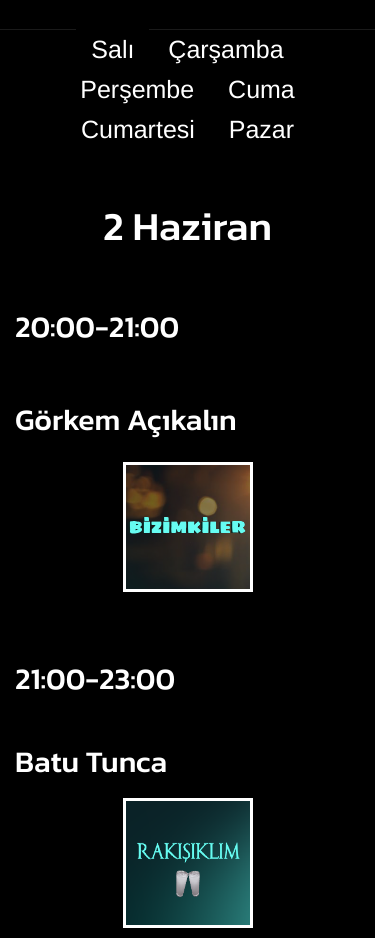
Repository: kaanistemi/program
Page: index.html
The author's editor kept a record of every edit. The page is drawn from the files as they stood at one moment, then again after the next edit.
The browser window is 375 px wide. The pictures show the whole page.

Above is the page before.

### index.html
<!DOCTYPE html>
<html lang="en">

<head>
    <title>Bootstrap Example</title>
    <meta charset="utf-8">
    <meta name="viewport" content="width=device-width, initial-scale=1">
    <link href="https://fonts.googleapis.com/css2?family=Kanit:wght@500&display=swap" rel="stylesheet">
    <link rel="stylesheet" href="https://maxcdn.bootstrapcdn.com/bootstrap/3.4.1/css/bootstrap.min.css">
    <script src="https://ajax.googleapis.com/ajax/libs/jquery/3.5.1/jquery.min.js"></script>
    <script src="https://maxcdn.bootstrapcdn.com/bootstrap/3.4.1/js/bootstrap.min.js"></script>
    <link rel="stylesheet" type="text/css" href="assets/css/style.css">
</head>


<body>


    <div class="container">

        <ul class="nav navbar-nav navbar-collapse navbar-light-2">
            <li class="active"><a data-toggle="pill" href="#home" class="gunler">Salı</a></li>
            <li><a data-toggle="pill" href="#menu2" class="gunler">Çarşamba</a></li>
            <li><a data-toggle="pill" href="#menu3" class="gunler">Perşembe</a></li>
            <li><a data-toggle="pill" href="#menu4" class="gunler">Cuma</a></li>
            <li><a data-toggle="pill" href="#menu5" class="gunler">Cumartesi</a></li>
            <li><a data-toggle="pill" href="#menu6" class="gunler">Pazar</a></li>
        </ul>
    </div>

    <div class="tab-content">
        <div id="home" class="tab-pane fade in active mt-5">
            <div class="container">
                <div class="row">
                    <h2 class="event-baslik">
                        <center>2 Haziran</h2>
                    </center>

                    <div class="col-md-5">
                        <p>20:00-21:00</p>
                    </div>
                    <div class="col-md-5">
                        <p>Görkem Açıkalın</p>
                    </div>
                    <div class="col-md-2">
                        <center><img src=assets/images/100x100gorkembzmklr.png alt="Istanbul1" class="rounded-circle" height=130 width=130></center>
                    </div>

                </div>
            </div>
            <div class="container">
                <div class="row">
                    <h3>

                        </center>
                        <div class="col-md-5">
                            <p>21:00-23:00</p>
                        </div>
                        <div class="col-md-5">
                            <p>Batu Tunca</p>
                        </div>
                        <div class="col-md-2">
                            <center><img src=assets/images/Rakisiklim_100x100.png alt="Istanbul1" class="rounded-circle" height=130 width=130></center>
                        </div>
                </div>
            </div>
        </div>
        <div id="menu2" class="tab-pane fade">
            <div class="container">
                <div class="row">
                    <h2 class="event-baslik">
                        <center>3 Haziran</h2>
                    </center>

                    <div class="col-md-5">
                        <p>20:00-21:00</p>
                    </div>
                    <div class="col-md-5">
                        <p>Görkem Açıkalın</p>
                    </div>
                    <div class="col-md-2">
                        <center><img src=assets/images/FunkySoul_100x100.png alt="Istanbul1" class="rounded-circle" height=130 width=130></center>
                    </div>

                </div>
            </div>
            <div class="container">
                <div class="row">
                    <h3>

                        </center>
                        <div class="col-md-5">
                            <p>21:00-22:00</p>
                        </div>
                        <div class="col-md-5">
                            <p>Arda Önkol</p>
                        </div>
                        <div class="col-md-2">
                            <center><img src=assets/images/Southern_Pipeline_100x100.png alt="Istanbul1" class="rounded-circle" height=130 width=130></center>
                        </div>
                </div>
            </div>

            <div class="container">
                <div class="row">
                    <h3>

                        </center>
                        <div class="col-md-5">
                            <p>22:00-23:00</p>
                        </div>
                        <div class="col-md-5">
                            <p>Kıvanç Hasançebi</p>
                        </div>
                        <div class="col-md-2">
                            <center><img src=assets/images/T_Rap_100X100.png alt="Istanbul1" class="rounded-circle" height=130 width=130></center>
                        </div>
                </div>
            </div>


        </div>
        <div id="menu3" class="tab-pane fade">
            <div class="container">
                <div class="row">
                    <h2 class="event-baslik">
                        <center>4 Haziran</h2>
                    </center>

                    <div class="col-md-5">
                        <p>20:00-21:00</p>
                    </div>
                    <div class="col-md-5">
                        <p>Ece Misirli</p>
                    </div>
                    <div class="col-md-2">
                        <center><img src=assets/images/FunkySoul_100x100.png alt="Istanbul1" class="rounded-circle" height=130 width=130></center>
                    </div>

                </div>
            </div>
            <div class="container">
                <div class="row">
                    <h3>

                        </center>
                        <div class="col-md-5">
                            <p>21:00-22:00</p>
                        </div>
                        <div class="col-md-5">
                            <p>Kıvanç Hasançebi</p>
                        </div>
                        <div class="col-md-2">
                            <center><img src=assets/images/chilli_boom_Program_100x100.png alt="Istanbul1" class="rounded-circle" height=130 width=130></center>
                        </div>
                </div>
            </div>

            <div class="container">
                <div class="row">
                    <h3>

                        </center>
                        <div class="col-md-5">
                            <p>22:00-23:00</p>
                        </div>
                        <div class="col-md-5">
                            <p>Mertcan Özer</p>
                        </div>
                        <div class="col-md-2">
                            <center><img src=assets/images/Serial_Chiller_100x100.png alt="Istanbul1" class="rounded-circle" height=130 width=130></center>
                        </div>
                </div>
            </div>

        </div>

        <div id="menu4" class="tab-pane fade">
            <div class="container">
                <div class="row">
                    <h2 class="event-baslik">
                        <center>5 Haziran</h2>
                    </center>

                    <div class="col-md-5">
                        <p>21:00-22:00</p>
                    </div>
                    <div class="col-md-5">
                        <p>Arınç Demirtaş</p>
                    </div>
                    <div class="col-md-2">
                        <center><img src=assets/images/mcrowave100.png alt="Istanbul1" class="rounded-circle" height=130 width=130></center>
                    </div>

                </div>
            </div>
            <div class="container">
                <div class="row">
                    <h3>

                        </center>
                        <div class="col-md-5">
                            <p>22:00-23:00</p>
                        </div>
                        <div class="col-md-5">
                            <p>Gökhan Altunkaya</p>
                        </div>
                        <div class="col-md-2">
                            <center><img src=assets/images/different100.png alt="Istanbul1" class="rounded-circle" height=130 width=130></center>
                        </div>
                </div>
            </div>

            <div class="container">
                <div class="row">
                    <h3>

                        </center>
                        <div class="col-md-5">
                            <p>23:00-00:00</p>
                        </div>
                        <div class="col-md-5">
                            <p>Guest</p>
                        </div>
                        <div class="col-md-2">
                            <center><img src=assets/images/guest_mix_100x100.png alt="Istanbul1" class="rounded-circle" height=130 width=130></center>
                        </div>
                </div>
            </div>
            <div class="container">
                <div class="row">
                  <h3>
                        <div class="col-md-5">
                            <p>00:00-02:00</p>
                        </div>
                        <div class="col-md-5">
                            <p>SİMGE</p>
                        </div>
                        <div class="col-md-2">
                            <center><img src=assets/images/Dark_Basement_100x100.png alt="Istanbul1" class="rounded-circle" height=130 width=130></center>
                        </div>
                </div>
            </div>
        </div>

        <div id="menu5" class="tab-pane fade">
            <div class="container">
                <div class="row">
                    <h2 class="event-baslik">
                        <center>6 Haziran</h2>
                    </center>

                    <div class="col-md-5">
                        <p>21:00-22:00</p>
                    </div>
                    <div class="col-md-5">
                        <p>Arınç Demirtaş</p>
                    </div>
                    <div class="col-md-2">
                        <center><img src=assets/images/mcrowave100.png alt="Istanbul1" class="rounded-circle" height=130 width=130></center>
                    </div>

                </div>
            </div>
            <div class="container">
                <div class="row">
                    <h3>

                        </center>
                        <div class="col-md-5">
                            <p>22:00-23:00</p>
                        </div>
                        <div class="col-md-5">
                            <p>Gökhan Altunkaya</p>
                        </div>
                        <div class="col-md-2">
                            <center><img src=assets/images/different100.png alt="Istanbul1" class="rounded-circle" height=130 width=130></center>
                        </div>
                </div>
            </div>

            <div class="container">
                <div class="row">
                    <h3>

                        </center>
                        <div class="col-md-5">
                            <p>23:00-00:00</p>
                        </div>
                        <div class="col-md-5">
                            <p>Guest</p>
                        </div>
                        <div class="col-md-2">
                            <center><img src=assets/images/guest_mix_100x100.png alt="Istanbul1" class="rounded-circle" height=130 width=130></center>
                        </div>
                </div>
            </div>

            <div class="container">
                <div class="row">
                    <h3>

                        </center>
                        <div class="col-md-5">
                            <p>00:00-02:00</p>
                        </div>
                        <div class="col-md-5">
                            <p>Korcan Atila</p>
                        </div>
                        <div class="col-md-2">
                            <center><img src=assets/images/Dark_Basement_100x100.png alt="Istanbul1" class="rounded-circle" height=130 width=130></center>
                        </div>
                </div>
            </div>
        </div>

        <div id="menu6" class="tab-pane fade">
            <div class="container">
                <div class="row">
                    <h2 class="event-baslik">
                        <center>7 Haziran</h2>
                    </center>

                    <div class="col-md-5">
                        <p>19:00-20:00</p>
                    </div>
                    <div class="col-md-5">
                        <p>Odul</p>
                    </div>
                    <div class="col-md-2">
                        <center><img src=assets/images/FunkySoul_100x100.png alt="Istanbul1" class="rounded-circle" height=130 width=130></center>
                    </div>

                </div>
            </div>


            <div class="container">
                <div class="row">
                    <h3>

                        </center>
                        <div class="col-md-5">
                            <p>20:00-21:00</p>
                        </div>
                        <div class="col-md-5">
                            <p>Kıvanç Hasançebi</p>
                        </div>
                        <div class="col-md-2">
                            <center><img src=assets/images/FunkySoul_100x100.png alt="Istanbul1" class="rounded-circle" height=130 width=130></center>
                        </div>
                </div>
            </div>
            <div class="container">
                <div class="row">
                    <h3>

                        </center>
                        <div class="col-md-5">
                            <p>21:00-23:00</p>
                        </div>
                        <div class="col-md-5">
                            <p>Mertcan Özer</p>
                        </div>
                        <div class="col-md-2">
                            <center><img src=assets/images/pazar_sarkıları_100x100.png alt="Istanbul1" class="rounded-circle" height=130 width=130></center>
                        </div>
                </div>
            </div>
        </div>
    </div>
    <script>
        $(".tabsBtn").on("click",'.btn', function(){
          $(".tabsBtn .btn").removeClass("active");
          $(this).addClass("active");

        });
    </script>

</body>

</html>

### assets/css/style.css
body {
    background-color: #000000;
}



.navbar-nav {
    float: none;
    text-align: center;
    margin-right: 100px;
}

.navbar-nav li {
    display: inline-block;
    float: none;

}

.col-sm-2 {}

.col-md-5 {
    font-size: 30px;
    margin-top: 50px;
    color: #fff;
    font-family: 'Kanit', sans-serif;
}

.event-baslik {
    color: #fff;
}

.rounded-circle {
    margin-top: 10px;
    border: #fff solid 3px;
}

.event-baslik {
    font-size: 40px;
    line-height: 60px;
    font-family: 'Kanit', sans-serif;

}

.gunler {
    font-size: 25px;
    color: #fff;
}

.container {
    margin-top: 20px;
}

.day-blue {
    color: #66FCF1;
    font-size: 30px;
    font-family: 'Kanit', sans-serif;
}

.navbar-light-2 a:hover {

  color: #66FCF1;
  background-color: #000;
}

.navbar-light-2 li a:hover {
  background-color: #000000;
  font-size: 200%;

}

.active{
    background:#000000 !important ;
    color: #66FCF1 !important;

}

@media screen and (min-width: 630px) {
  .col-md-5
  {
    font-size: 65px;
  }
}


@media screen and (max-width: 631px) {
  .week-event {
    font-size: 35px;
  }
}

After the next edit:
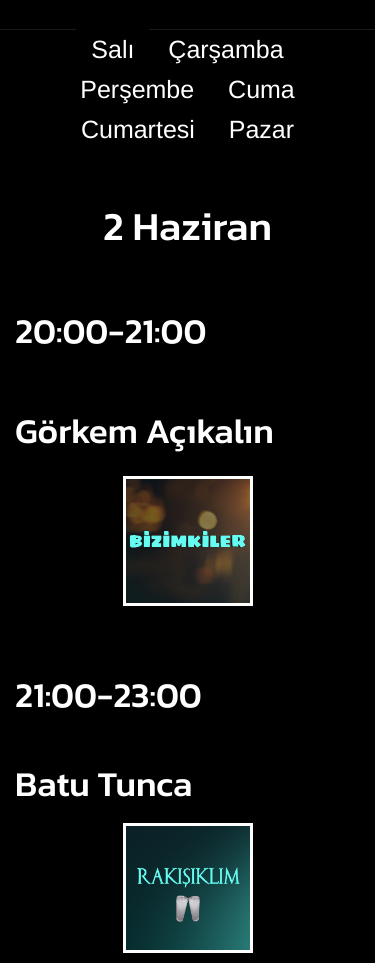
The edit:
--- a/assets/css/style.css
+++ b/assets/css/style.css
@@ -83,7 +83,7 @@
 
 
 @media screen and (max-width: 631px) {
-  .week-event {
+  .col-md-5 {
     font-size: 35px;
   }
 }
